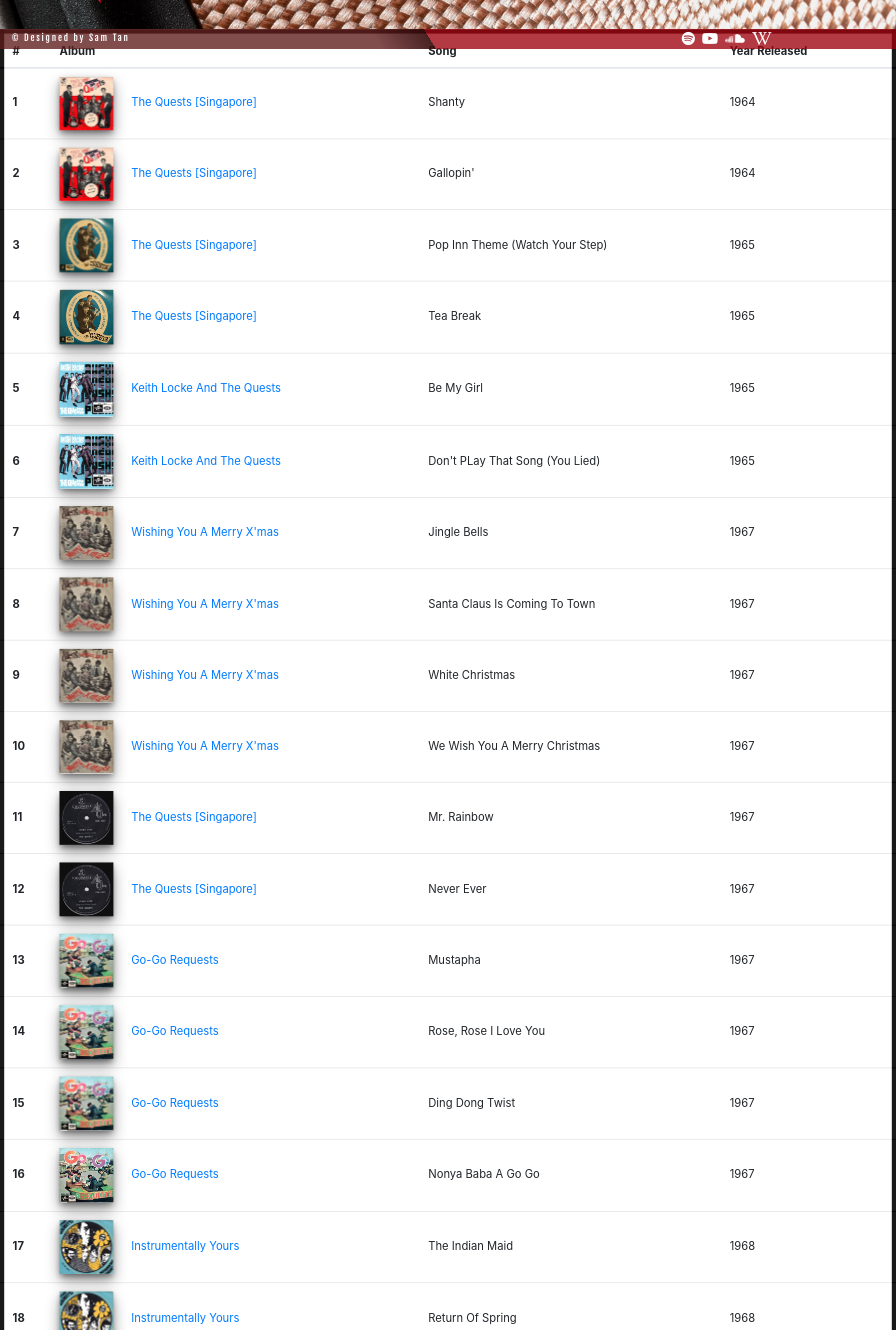
Repository: SamLookingGlass/User-Centric-Frontend-Development-Project
Page: music.html
The author's editor kept a record of every edit. The page is drawn from the files as they stood at one moment, then again after the next edit.
The browser window is 1280 px wide. The pictures show the part of the page from y = 650 to 2550 px (the page is 5651 px tall), at 70% of full size.
Some web libraries are served in a nearby version.

Above is the page before.

After the next edit:
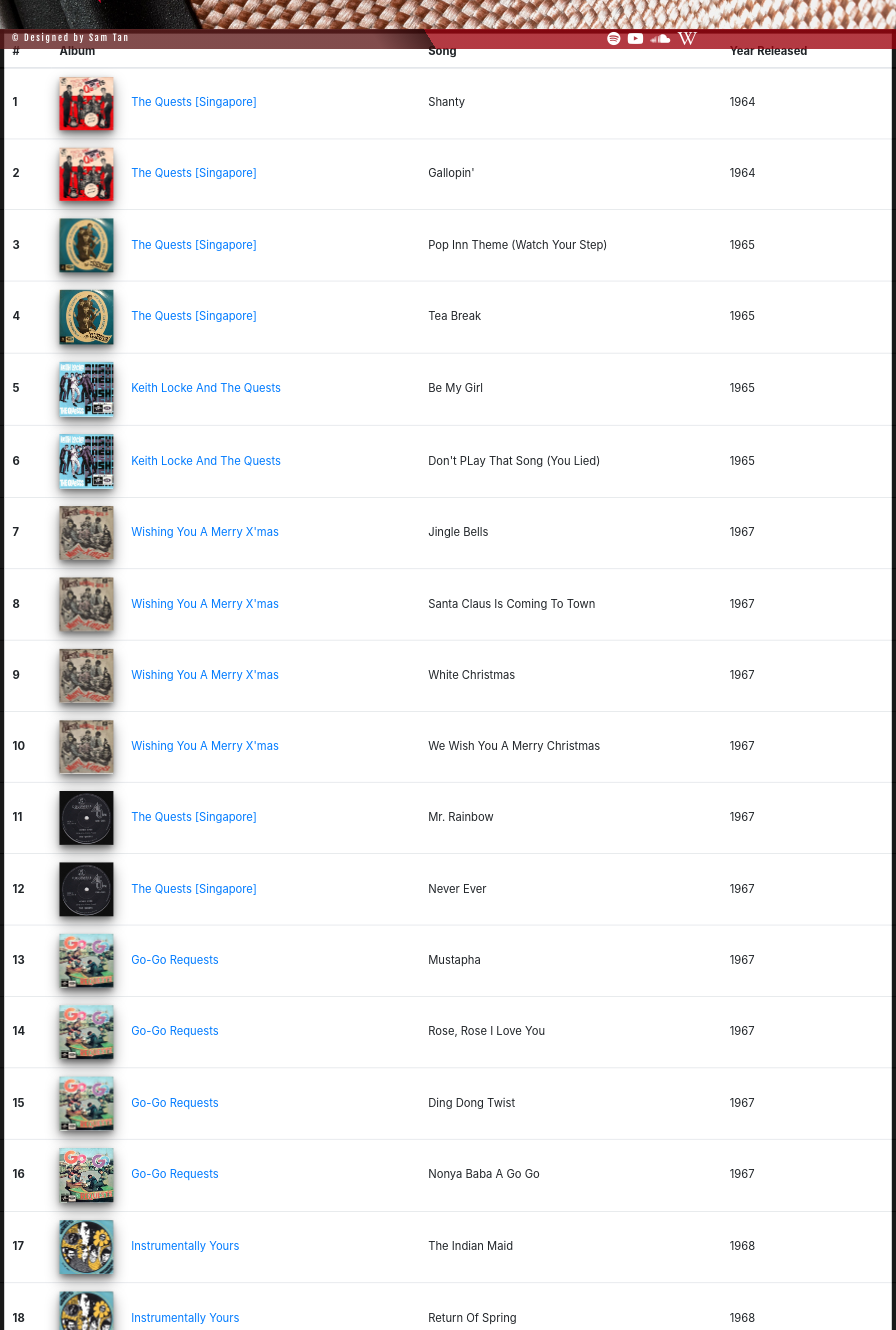
The edit:
--- a/music.html
+++ b/music.html
@@ -380,21 +380,20 @@
       </tbody>
     </table>
   </section>
-  <footer class="fixed-bottom fontfooter" id="navbg1">
-    <div class="container-fluid">
-      <div class="row">
-        <div class="col-3">© Designed by Sam Tan </div>
-        <div class="col-6 d-lg-flex justify-content-center"></div>
-        <div class="col-3 logos">
-          <!--<a href=""><i class="fa fa-facebook-square" style="font-size:22px"></i></a>-->
-          <a href="https://open.spotify.com/artist/4AOgY5YwQw4d5pgEX3f56A" target="_blank"><i class="fa fa-spotify" style="font-size:22px"></i></a>
-          <a href="https://www.youtube.com/user/JoeWuSeattleWaUSA/featured" target="_blank"><i class="fa fa-youtube-play" style="font-size:22px"></i></a>
-          <a href="https://soundcloud.com/user-73693220/keith-locke-the-quests-dont-1" target="_blank"><i class="fa fa-soundcloud" style="font-size:22px"></i></a>
-          <a href="https://en.wikipedia.org/wiki/The_Quests" target="_blank"><i class="fa fa-wikipedia-w" style="font-size:22px"></i></a>
-        </div>
-      </div>
-    </div>
-  </footer>
+    <footer class="fixed-bottom fontfooter" id="navbg1">
+        <div class="container-fluid">
+            <div class="row">
+                <div class="col-4">© Designed by Sam Tan </div>
+                <div class="col-4"></div>
+                <div class="col-4 footerlogo logos">
+                    <a href="https://open.spotify.com/artist/4AOgY5YwQw4d5pgEX3f56A" target="_blank"><i class="fa fa-spotify"></i> </i></a>
+                    <a href="https://www.youtube.com/user/JoeWuSeattleWaUSA/featured" target="_blank"><i class="fa fa-youtube-play"></i></a>
+                    <a href="https://soundcloud.com/user-73693220/keith-locke-the-quests-dont-1" target="_blank"><i class="fa fa-soundcloud"></i></a>
+                    <a href="https://en.wikipedia.org/wiki/The_Quests" target="_blank"><i class="fa fa-wikipedia-w"></i></a>
+                </div>
+            </div>
+        </div>
+    </footer>
 
 
 
